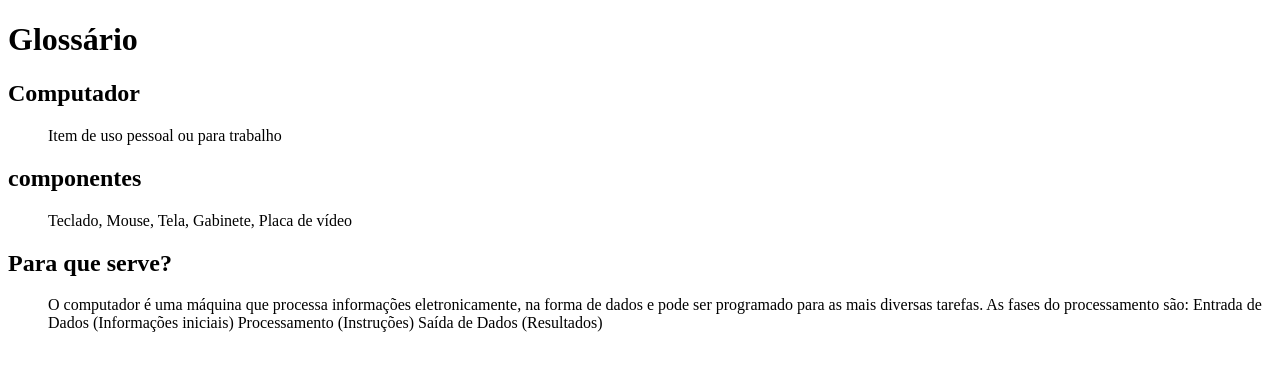
Repository: RenatoCCS/Mais1Code
Page: Rocketseat/Fundamentar/01 - O guia estelar de HTML/Desafios/1_Glossario/glossary.html
The author's editor kept a copy of each file at every save. The page is drawn from the files as they stood at one save, then again after the next save.
The browser window is 1280 px wide. The pictures show the whole page.

Above is the page before, as saved 2022-04-18 20:46:34.

After the next save:
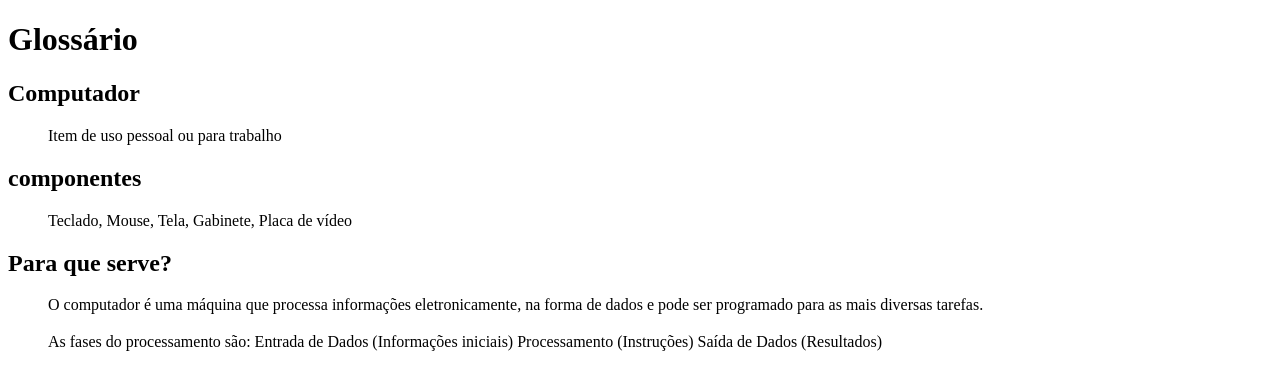
Saved 114 s later.
--- a/Rocketseat/Fundamentar/01 - O guia estelar de HTML/Desafios/1_Glossario/glossary.html
+++ b/Rocketseat/Fundamentar/01 - O guia estelar de HTML/Desafios/1_Glossario/glossary.html
@@ -19,7 +19,7 @@
 <h2><dt>Para que serve?</dt></h2>
 <dd><p>O computador é uma máquina que processa informações eletronicamente, na forma de dados e pode ser programado para as mais diversas tarefas.
 
-    As fases do processamento são:
+    <h3></h3>As fases do processamento são:
 
     Entrada de Dados (Informações iniciais)
 
